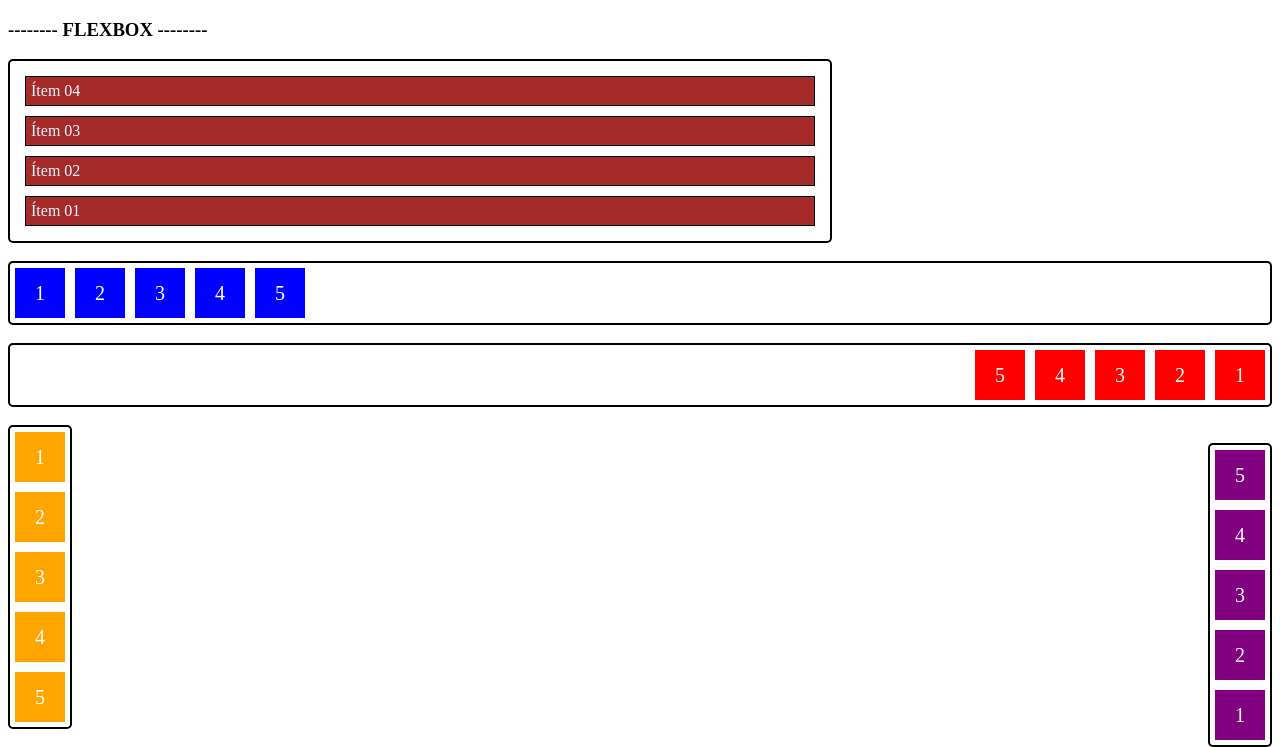
Repository: ozielms/flexbox
Page: outros/flexbox-master/index.html
The author's editor kept a copy of each file at every save. The page is drawn from the files as they stood at one save, then again after the next save.
The browser window is 1280 px wide. The pictures show the whole page.

Above is the page before, as saved 2022-04-25 23:56:17.

After the next save:
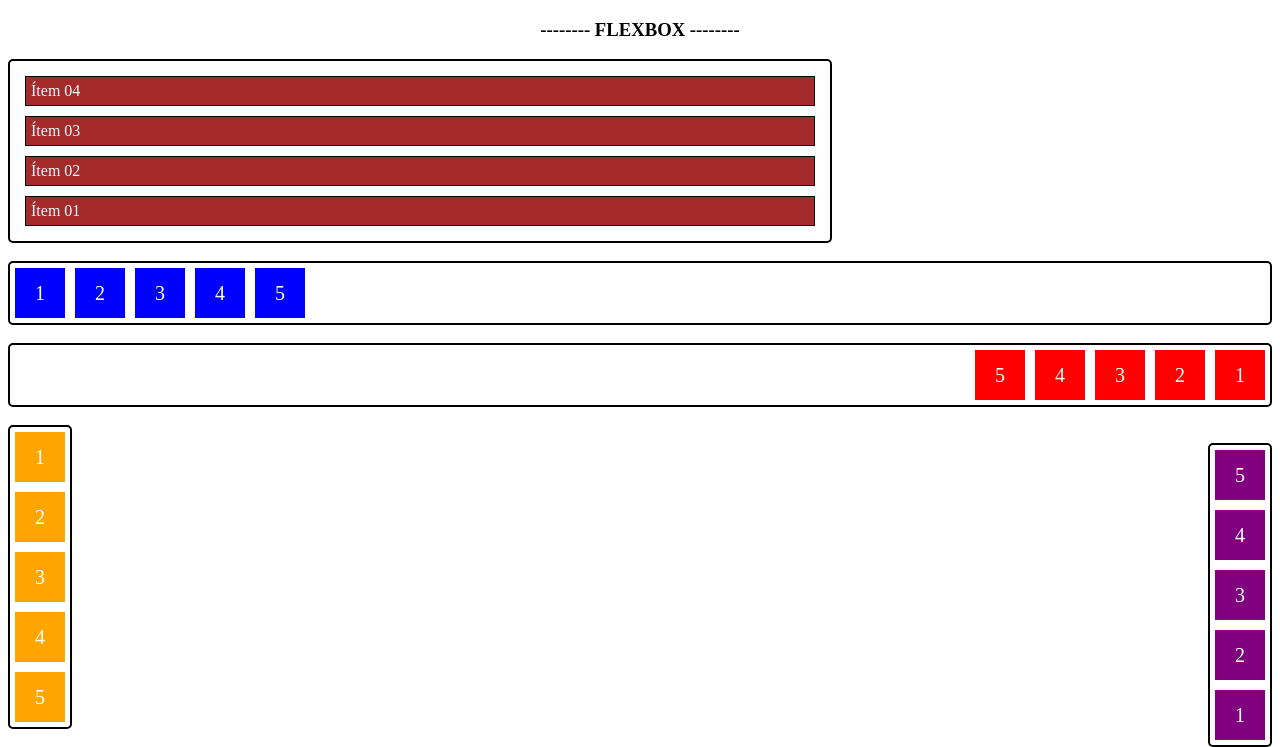
Saved 5 s later.
--- a/outros/flexbox-master/index.html
+++ b/outros/flexbox-master/index.html
@@ -12,7 +12,7 @@
 
 <body>
 
-    <h3>-------- FLEXBOX --------</h3>
+    <h3 class="titulo">-------- FLEXBOX --------</h3>
     <div class="pai">
         <div class="filho filho1">Ítem 01</div>
         <div class="filho filho2">Ítem 02</div>
